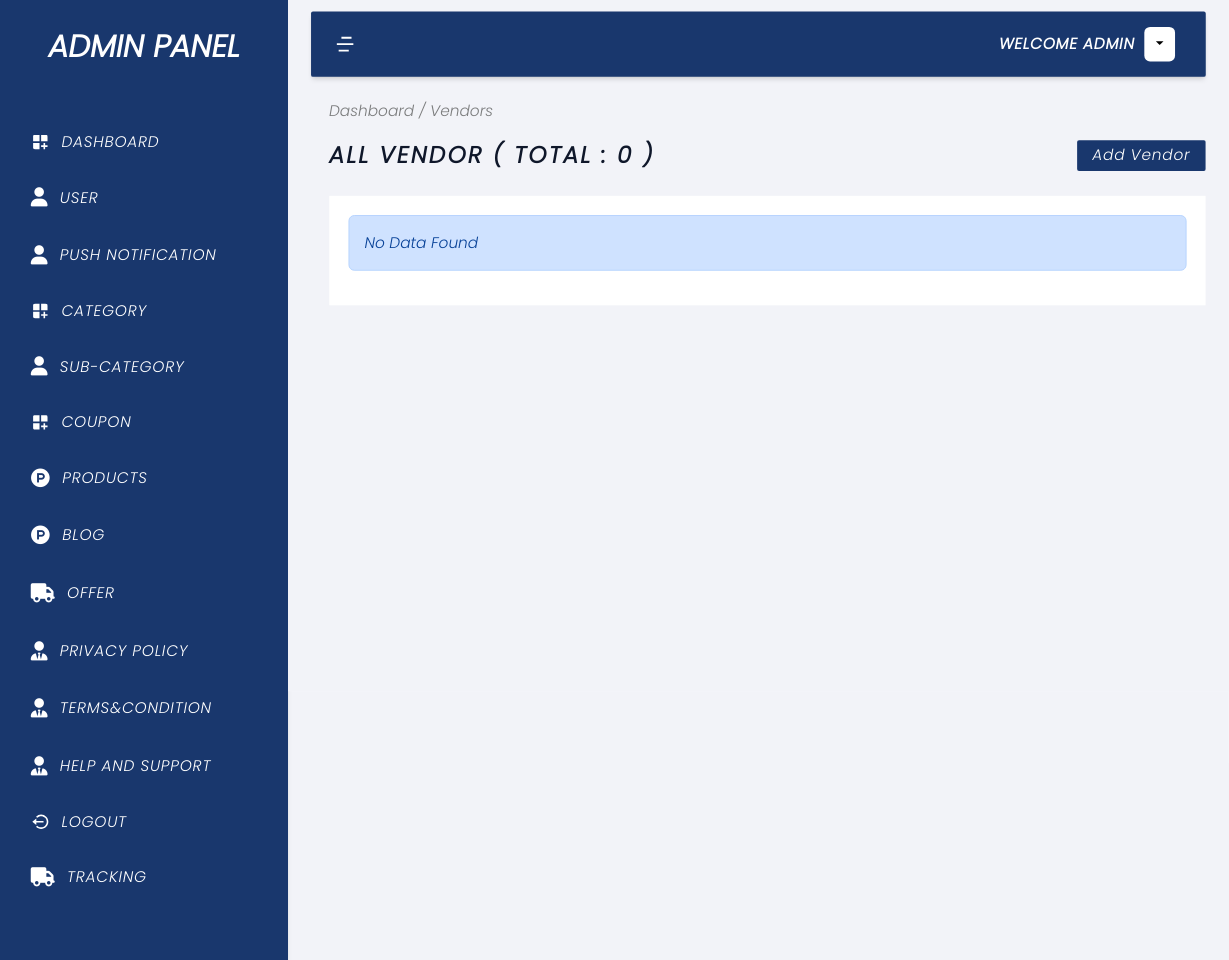
Repository: arpanmalik/project-khanna
Page: /VendorList
An editor plug-in stored every save of this project. The page is shown before and after a run of saves, followed by the edit.
The browser window is 1280 px wide. The pictures show the whole page, at 96% of full size.
The page's requests for data from a server got no answer. Some web libraries are served in a nearby version. The project was rebuilt for these pictures with package versions that can differ from the ones it lists, and the page was loaded fresh each time. No one was signed in, and anything a server would have sent is missing. Also part of the build but not shown: src/E-CommerceAdmin/forms/Login.jsx, src/E-CommerceAdmin/pages/Dashboard.jsx, src/E-CommerceAdmin/pages/ECategory.js, src/E-CommerceAdmin/pages/EProduct.js, src/E-CommerceAdmin/pages/EAdminOrders.js, src/E-CommerceAdmin/pages/EAdminProduct.js, src/E-CommerceAdmin/pages/EAdminDelivery.js, src/E-CommerceAdmin/pages/EAdminCustomer.js and 11 more. Imported but missing from the stored project, and not drawn on this page: src/E-CommerceVendor/forms/EVendorLogin, src/E-CommerceVendor/pages/EVCategory, src/E-CommerceVendor/pages/EVCoupon, src/E-CommerceVendor/pages/EVDashboard, src/E-CommerceVendor/pages/EVOrders, src/E-CommerceVendor/pages/EVProduct, src/E-CommerceVendor/pages/EVSubCategory.

Above is the page before, as saved 2023-05-16 17:16:16.

### public/index.html
<!-- @format -->

<!DOCTYPE html>
<html lang="en">
  <head>
    <meta charset="utf-8" />
    <meta name="viewport" content="width=device-width, initial-scale=1" />
    <meta name="theme-color" content="#000000" />
    <meta
      name="description"
      content="Web site created using create-react-app"
    />
    <link rel="manifest" href="%PUBLIC_URL%/manifest.json" />
    <link rel="preconnect" href="https://fonts.googleapis.com">
<link rel="preconnect" href="https://fonts.gstatic.com" crossorigin>
<link href="https://fonts.googleapis.com/css2?family=Roboto+Mono:ital,wght@1,300&display=swap" rel="stylesheet">
    <title>Admin Panel</title>
  </head>
  <body>
    <noscript>You need to enable JavaScript to run this app.</noscript>
    <div id="root"></div>
    <script src="https://code.jquery.com/jquery-3.6.0.min.js"></script>
    <script src="https://kit.fontawesome.com/b533b351e4.js" crossorigin="anonymous"></script>
  </body>
</html>

### src/index.js
import React from "react";
import ReactDOM from "react-dom/client";
import "./index.css";
import App from "./App";
import { BrowserRouter } from "react-router-dom";
import 'bootstrap/dist/css/bootstrap.min.css'

const root = ReactDOM.createRoot(document.getElementById("root"));
root.render(
  <React.StrictMode>
    <BrowserRouter>
      <App />
    </BrowserRouter>
  </React.StrictMode>
);

### src/index.css
/** @format */

@tailwind base;
@tailwind components;
@tailwind utilities;

@import url("https://fonts.googleapis.com/css2?family=Roboto+Mono:ital,wght@1,300&display=swap");
@font-face {
  font-family: Roboto;
  src: url("./Fonts/Poppins-LightItalic.ttf");
}

body {
  margin: 0;
  font-family: Roboto !important;
  -webkit-font-smoothing: antialiased;
  -moz-osx-font-smoothing: grayscale;
}

code {
  font-family: Roboto !important;
}

html {
  font-family: Roboto !important;
}

::-webkit-scrollbar {
  width: 10px;
}
.fa-trash {
  color: red;
  cursor: pointer;
}

.iCOn {
  transition: 0.5s;
  box-shadow: none;
  transform: scale(1);
}
.cardDiv {
  cursor: pointer;
}

.cardDiv:hover .iCOn {
  box-shadow: rgba(0, 0, 0, 0.35) 0px 5px 15px;
  transform: scale(1.3);
}

/* Track */
::-webkit-scrollbar-track {
  background: #f1f1f1;
}

/* Handle */
::-webkit-scrollbar-thumb {
  background: #888;
}

/* Handle on hover */
::-webkit-scrollbar-thumb:hover {
  background: #555;
}
.profileImage {
  width: 100px;
}
.fa-eye {
  color: #029aff;
  cursor: pointer;
}
.fa-edit {
  cursor: pointer;
  color: blue;
}

.View {
  border: 1px solid black;
  width: 100%;
  padding: 10px;
}

.main-card--container {
  display: grid;
  grid-template-columns: repeat(3, minmax(300px, 500px));
  grid-gap: 50px;
  justify-content: space-around;
}
.card-container {
  margin: 25px 0 auto;
  box-shadow: rgba(0, 0, 0, 0.35) 0px 5px 15px;
  position: relative;
  display: grid;
  grid-template-columns: 1fr;
  justify-content: space-around;
  align-items: flex-start;
}

.myEdit:focus {
  box-shadow: rgba(0, 0, 0, 0.35) 0px 5px 15px;
}

.AstroLogin {
  color: #fff;
  background-color: #2b7a8e;
  padding: 10px;
  width: 380px;
  text-align: center;
  font-size: 20px;
  background: linear-gradient(to left, #2b7a8e 50%, #fff 50%) right;
  background-size: 200%;
  transition: 0.5s ease-out;
  border: 1px solid #2b7a8e;
  margin-top: 10px;
  text-transform: uppercase;
}
.AstroLogin:hover {
  background-position: left;
  color: #2b7a8e;
}

.EcommerceAdminLogin {
  color: #fff;
  background-color: #19376d;
  padding: 10px;
  width: 380px;
  text-align: center;
  font-size: 20px;
  background: linear-gradient(to left, #19376d 50%, #fff 50%) right;
  background-size: 200%;
  transition: 0.5s ease-out;
  border: 1px solid #19376d;
  margin-top: 10px;
  text-transform: uppercase;
}

.EcommerceAdminLogin:hover {
  background-position: left;
  color: #19376d;
}
.EcommerceVendorLogin {
  color: #fff;
  background-color: #576cbc;
  padding: 10px;
  width: 380px;
  text-align: center;
  font-size: 20px;
  background: linear-gradient(to left, #576cbc 50%, #fff 50%) right;
  background-size: 200%;
  transition: 0.5s ease-out;
  border: 1px solid #576cbc;
  margin-top: 10px;
  text-transform: uppercase;
}

.EcommerceVendorLogin:hover {
  background-position: left;
  color: #576cbc;
}

.view {
  background-color: #2196f3;
  color: #fff;
  width: 50%;
  padding: 5px;
}

.two-sec {
  display: flex;
  justify-content: space-evenly;
  justify-content: space-evenly;
}
.two-sec .left {
  width: 60%;
  background-color: #f6f1ef;
  padding: 20px;
}
.two-sec .left .head {
  font-size: 25px;
  font-weight: bold;
}

.two-sec .right {
  width: 30%;
  background-color: #f6f1ef;
}

.searchDiv {
  width: 100%;
  display: flex;
  gap: 10px;
  border: 1px solid rgb(179, 179, 179);
  padding: 10px;
  margin-bottom: 20px;
  align-items: center;
}
.searchDiv input {
  width: 94%;
  outline: none;
  border: none;
}

.flexCont {
  display: flex;
  align-items: center;
  gap: 10px;
}
.flexCont img {
  width: 60px;
  background-color: #e9ecef;
}

.blockContent {
  display: block;
}
.blockContent p {
  margin: 0;
}

.checkBox {
  width: 50px;
  height: 25px;
  background-color: #e9ecef;
  border-radius: 50px;
  position: relative;
  cursor: pointer;
}
.checkBox span {
  width: 20px;
  height: 20px;
  border-radius: 100%;
  background-color: #fff;
  position: absolute;
  left: 5px;
  top: 2px;
}
.ActivecheckBox {
  width: 50px;
  height: 25px;
  background-color: #0d6efd;
  border-radius: 50px;
  position: relative;
  cursor: pointer;
}
.ActivecheckBox span {
  width: 20px;
  height: 20px;
  border-radius: 100%;
  background-color: #fff;
  position: absolute;
  right: 5px;
  top: 2px;
}

.fa-eye {
  color: #0cba73;
  background-color: #d6f8e8;
  width: 40px;
  text-align: center;
  height: 40px;
  display: flex;
  border-radius: 100%;
  justify-content: center;
  padding-top: 10px;
  transition: 0.5s;
}

.fa-pen-to-square {
  color: #f4c39c;
  background-color: #ffebdb;
  width: 40px;
  text-align: center;
  height: 40px;
  display: flex;
  border-radius: 100%;
  justify-content: center;
  padding-top: 10px;
  cursor: pointer;
  transition: 0.5s;
}
.fa-trash {
  color: #df939f;
  background-color: #ffe1e8;
  width: 40px;
  text-align: center;
  height: 40px;
  display: flex;
  border-radius: 100%;
  justify-content: center;
  padding-top: 10px;
  cursor: pointer;
  transition: 0.5s;
}
.fa-trash:hover {
  transform: scale(1.2);
}
.fa-eye:hover {
  transform: scale(1.2);
}
.fa-pen-to-square:hover {
  transform: scale(1.2);
}
.required {
  color: #e74260;
}

.headP {
  margin-left: 2%;
  color: #7b7c7d;
}
.filterBox {
  display: flex;
  align-items: center;
  gap: 10px;
  border-bottom: 1px solid #d4d7dc;
  padding-bottom: 20px;
  margin-bottom: 20px;
}
.filterBox img {
  width: 30px;
}
.filterBox input {
  width: 100%;
  border: 1px solid #d4d7dc;
  outline: none;
  padding: 5px;
  color: black;
}
.sectionCont {
  width: 98%;
  background-color: #fff;
  margin-left: 2%;
  padding: 20px;
}

.overFlowCont {
  width: 100%;
  overflow-x: auto;
}

.logo {
  width: 300px;
  margin-bottom: 20px;
}

.updateProfile {
  margin-left: 20px;
  border: 1px solid #fff;
  border-radius: 100%;
  font-size: 1.2rem;
  padding: 10px;
  transition: 0.5s;
  cursor: pointer;
}
.updateProfile:hover {
  border: 1px solid #19376d;
  color: #19376d;
  background-color: #fff;
}

.Normalbtn {
  background-color: #19376d !important;
  border: 1px solid #19376d !important;
  border-radius: 0px !important;
}

.ImageCarousel {
  width: 150px !important;
  margin: 0px !important;
  height: 150px !important;
}
.CarouselImages {
  width: 150px !important;
  height: 150px !important;
}
.CarouselImages img {
  width: 100% !important;
  height: 100% !important;
}

.ModalCarousel {
  width: 100% !important;
  height: 500px !important;
}
.ModalCarousel {
  width: 100% !important;
  height: 500px !important;
}
.ModalCarousel img {
  width: 100% !important;
  height: 500px !important;
}

.gridCont {
  display: grid;
  grid-template-columns: auto auto auto;
  justify-content: space-evenly;
}
.gridCont div {
  width: 400px;
  /* height: 300px; */
  box-shadow: rgba(0, 0, 0, 0.35) 0px 5px 15px;
  padding: 10px;
  position: relative;
  margin-top: 20px;
}
.gridCont div img {
  width: 100%;
}
.delete-Btn {
  width: 100%;
  color: #c44b3f;
  border: 1px solid #c44b3f;
  transition: 0.5s;
  padding: 10px;
}

.delete-Btn:hover {
  background-color: #c44b3f;
  color: #fff;
}

.BannerCarousel {
  width: 300px;
  margin: 0px !important;
}
.BannerCarouselImage {
  width: 300px;
}
.BannerCarouselImage img {
  width: 100%;
}

.pagination {
  display: flex;
  justify-content: center;
  align-items: center;
  gap: 10px;
  margin-bottom: 20px;
}
.pagination button {
  border: 1px solid black;
  padding: 10px;
}

.activePage {
  background-color: #19376d;
  color: #fff;
  border: 1px solid #19376d !important;
}

.active {
  background-color: #fff;
  color: #19376d !important;
}
.prevBtn {
  background-color: #fff;
  color: #19376d;
  border: 1px solid #19376d !important;
  transition: 0.5s;
}

.prevBtn:hover,
.prevBtn:focus,
.prevBtn:active {
  background-color: #19376d;
  color: #fff;
  border: 1px solid #19376d !important;
}
.nextBtn {
  background-color: #fff;
  color: #19376d;
  border: 1px solid #19376d !important;
  transition: 0.5s;
}

.nextBtn:hover,
.nextBtn:focus,
.nextBtn:active {
  background-color: #19376d;
  color: #fff;
  border: 1px solid #19376d !important;
}

.dangerBox {
  position: relative;
}
.dangerBox i {
  position: absolute;
  top: 50%;
  left: 90%;
  transform: translate(-50%, -50%);
  cursor: pointer;
}



#dropdown-basic{
  background-color: white;
  color: #000;
  border: none;
}

### src/E-CommerceAdmin/layout/HOC.jsx
/** @format */

import React, { useState } from "react";
import Navbar from "./Navbar";
import Sidebar from "./Sidebar";

const HOC = (Wcomponenet) => {
  return function Component() {
    const [hamb, setHamb] = useState(false);
    return (
      <>
        <section
          className="flex overflow-x-hidden relative "
          style={{ backgroundColor: "#f2f3f8" }}
        >
          {/* Sidebar */}
          <div
            className={
              hamb
                ? " absolute top-0 z-30 md:w-auto shadow-md bg-slate-200  w-60 transition-all md:-left-full left duration-150  h-auto overflow-y-auto  left-0 "
                : " md:w-72 z-30 bg-slate-200  shadow-md  md:static absolute top-0 -left-full   transition-all duration-150  overflow-y-auto h-auto"
            }
            style={{ minWidth: "300px" }}
          >
            <Sidebar hamb={hamb} setHamb={setHamb} />
          </div>
          {/* Components & Navbar */}
          <div
            className={
              hamb
                ? " transition-all px-4 py-2  duration-150 w-full h-screen"
                : " w-full h-screen  px-4 py-2   z-50 transition-all duration-150 "
            }
            style={{ backgroundColor: "#f2f3f8" }}
          >
            <Navbar hamb={hamb} setHamb={setHamb} />
            <div className="my-6 text-#000 h-[87%] wcomp overflow-y-auto">
              {" "}
              <Wcomponenet />
            </div>
          </div>
        </section>
      </>
    );
  };
};

export default HOC;

### src/E-CommerceAdmin/layout/Navbar.jsx
/** @format */
import { RiMenu4Line } from "react-icons/ri";
import Dropdown from "react-bootstrap/Dropdown";
import { UpdateProfile } from "../../Modals";
import { useState } from "react";
import { useNavigate } from "react-router-dom";
import { toast } from "react-toastify";

const Navbar = ({ hamb, setHamb }) => {
  const [modalShow, setModalShow] = useState(false);
  const navigate = useNavigate();

  function LogOut () {
    navigate('/')
    toast.success("Logged Out")
  }

  return (
    <>
      <UpdateProfile show={modalShow} onHide={() => setModalShow(false)} />
      <div
        className={
          hamb
            ? "flex  w-full justify-between  my-1 rounded-sm  p-4 py-3 shadow-md items-center  bg-slate-200 space-x-4"
            : "flex  w-full justify-between my-1 rounded-sm  p-4 py-3 shadow-md items-center  bg-slate-200 space-x-4"
        }
        style={{ backgroundColor: "#19376d" }}
      >
        <RiMenu4Line
          onClick={() => setHamb(!hamb)}
          className="text-2xl font-bold text-gray-900 hover:scale-90 cursor-pointer"
          style={{ color: "#fff" }}
        />

        <section className="flex sm:ml-auto justify-end sm:w-full items-center space-x-2  pr-2">
          <figcaption
            className="tracking-wider pl-1 font-semibold d-flex"
            style={{ gap: "10px", alignItems: "center" }}
          >
            <div
              className="lg:text-base text-sm text-gray-900  uppercase"
              style={{ color: "#fff" }}
            >
              Welcome Admin
            </div>
            <Dropdown>
              <Dropdown.Toggle id="dropdown-basic"></Dropdown.Toggle>

              <Dropdown.Menu>
                <Dropdown.Item onClick={() => setModalShow(true)}>
                  Update Profile <i className="fa-solid fa-user"></i>{" "}
                </Dropdown.Item>
                <Dropdown.Item onClick={() => LogOut()} >
                  Logout <i className="fa-solid fa-right-from-bracket"></i>{" "}
                </Dropdown.Item>
              </Dropdown.Menu>
            </Dropdown>
          </figcaption>
        </section>
      </div>
    </>
  );
};

export default Navbar;

### src/E-CommerceAdmin/layout/Sidebar.jsx
/** @format */

import React from "react";
import { RiCloseLine } from "react-icons/ri";
import { Link, useNavigate } from "react-router-dom";
import { BiLogOutCircle } from "react-icons/bi";
import { MdDashboardCustomize } from "react-icons/md";

const Sidebar = ({ hamb, setHamb }) => {
  const navigate = useNavigate();

  const nav = [
    {
      icon: <MdDashboardCustomize className="text-xl mr-3 rounded-full " />,
      link: "/dashboard ",
      name: "Dashboard",
    },
    {
      icon: <i className="fa-solid fa-user text-xl mr-3 rounded-full"></i>,
      link: "/Admin",
      name: "User",
    },
    {
      icon: <i className="fa-solid fa-user text-xl mr-3 rounded-full"></i>,
      link: "/pushNotification",
      name: "Push Notification",
    },  {
      icon: <MdDashboardCustomize className="text-xl mr-3 rounded-full " />,
      link: "/Category",
      name: "Category",
    },

    {
      icon: <i className="fa-solid fa-user text-xl mr-3 rounded-full"></i>,
      link: "/sub-category",
      name: "Sub-Category",
    },

    {
      icon: <MdDashboardCustomize className="text-xl mr-3 rounded-full " />,
      link: "/coupon",
      name: "Coupon",
    },
    {
      icon: (
        <i className="fa-brands fa-product-hunt text-xl mr-3 rounded-full"></i>
      ),
      link: "/Product",
      name: "Products",
    },
    {
      icon: (
        <i className="fa-brands fa-product-hunt text-xl mr-3 rounded-full"></i>
      ),
      link: "/banner",
      name: "Blog",
    },






    // {
    //   icon: <MdDashboardCustomize className="text-xl mr-3 rounded-full " />,
    //   link: "/getMeThis",
    //   name: "Get Me This",
    // },
    {
      icon: <i className="fa-solid fa-truck  text-xl mr-3 rounded-full"></i>,
      link: "/Support",
      name: "Offer",
    },

    // {
    //   icon: (
    //     <i className="fa-solid fa-cart-shopping text-xl mr-3 rounded-full"></i>
    //   ),
    //   link: "/Orders",
    //   name: "Orders Management",
    // },

    {
      icon: <i className="fa-solid fa-user-tie text-xl mr-3 rounded-full"></i>,
      link: "/privacy",
      name: "Privacy Policy",
    },
    {
      icon: <i className="fa-solid fa-user-tie text-xl mr-3 rounded-full"></i>,
      link: "/terms",
      name: "Terms&Condition",
    },
    // {
    //   icon: <i className="fa-solid fa-user-tie text-xl mr-3 rounded-full"></i>,
    //   link: "/helpSupport",
    //   name: "Help and Support",
    // },
    {
      icon: <i className="fa-solid fa-user-tie text-xl mr-3 rounded-full"></i>,
      link: "/complaints",
      name: "Help and Support",
    },
  ];

  const logOut = () => {
    localStorage.clear()
    navigate("/");
  };

  return (
    <>
      <aside
        className="p-4 h-auto"
        style={{ backgroundColor: "#19376d", minHeight: "100vh" }}
      >
        {/* Top */}
        <div className="w-full md:hidden relative  p-2 mb-4">
          <RiCloseLine
            onClick={() => setHamb(!hamb)}
            className="text-3xl  absolute top-2 sm:hover:rotate-[228deg] transition-transform font-bold right-2 sm:hover:text-[22px] text-[rgb(241,146,46)] cursor-pointer"
          />
        </div>{" "}
        <figure className="flex  flex-col items-center">
          <span
            className="font-bold text-[#fff]"
            style={{
              fontSize: "2rem",
              textAlign: "center",
              textTransform: "uppercase",
            }}
          >
            {" "}
            ADMIN PANEL
          </span>
        </figure>
        <nav className="py-6">
          {nav.map((nav) => {
            return (
              <Link
                to={nav.link}
                key={nav.name}
                className=""
                style={{ textDecoration: "none", textTransform: "uppercase" }}
              >
                <span
                  className="flex my-3 items-center cursor-pointer text-gray-900    tracking-wider p-2 rounded-sm"
                  style={{ color: "#FFF" }}
                >
                  {nav.icon} {nav.name}
                </span>
              </Link>
            );
          })}
          <span
            className="flex my-3 items-center cursor-pointer text-gray-900    tracking-wider p-2 rounded-sm"
            onClick={() => logOut()}
            style={{ color: "#FFF", textTransform: "uppercase" }}
          >
            <BiLogOutCircle className="text-xl mr-3 rounded-full " /> LogOut
          </span>
          <span
            className="flex my-3 items-center cursor-pointer text-gray-900    tracking-wider p-2 rounded-sm"
            style={{ color: "#FFF", textTransform: "uppercase" }}
          >
           <i className="fa-solid fa-truck  text-xl mr-3 rounded-full"></i> Tracking
          </span>
        </nav>
      </aside>
    </>
  );
};

export default Sidebar;

### src/Modals.js
/** @format */

import { Button, Form, Modal } from "react-bootstrap";

export function UpdateProfile(props) {
  return (
    <Modal
      {...props}
      size="lg"
      aria-labelledby="contained-modal-title-vcenter"
      centered
    >
      <Modal.Header closeButton>
        <Modal.Title id="contained-modal-title-vcenter">
          Update Profile Details
        </Modal.Title>
      </Modal.Header>
      <Modal.Body>
        <Form>
          <Form.Group className="mb-3">
            <Form.Label> User Name </Form.Label>
            <Form.Control type="text" />
          </Form.Group>
          <Form.Group className="mb-3">
            <Form.Label> Email Address </Form.Label>
            <Form.Control type="email" />
          </Form.Group>
          <Form.Group className="mb-3">
            <Form.Label> Password </Form.Label>
            <Form.Control type="password" />
          </Form.Group>
          <Form.Group className="mb-3">
            <Form.Label> Confirm Password </Form.Label>
            <Form.Control type="password" />
          </Form.Group>
          <Button variant="outline-success" >Submit</Button>
        </Form>
      </Modal.Body>
    </Modal>
  );
}

Loaded but not shown: tailwind.config.js (common file); src/E-CommerceAdmin/pages/EVendorList.js (316 lines, source omitted); src/App.js (91 lines, source omitted)

After the next 2 saves:
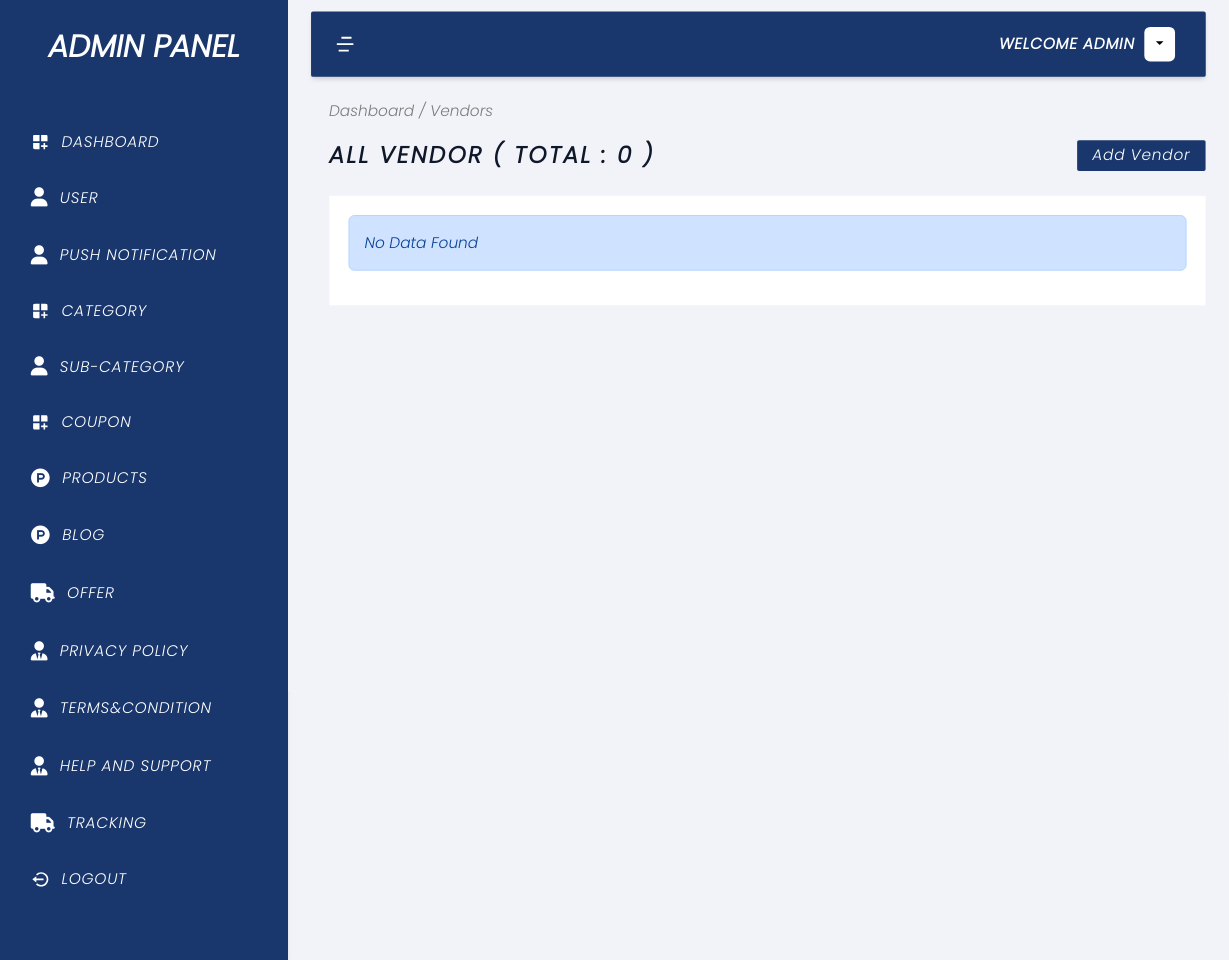
The 2 saves are shown as one change because they came seconds apart.
The last was saved 11 s later.
--- a/src/E-CommerceAdmin/layout/Sidebar.jsx
+++ b/src/E-CommerceAdmin/layout/Sidebar.jsx
@@ -153,17 +153,18 @@ const Sidebar = ({ hamb, setHamb }) => {
           })}
           <span
             className="flex my-3 items-center cursor-pointer text-gray-900    tracking-wider p-2 rounded-sm"
+            style={{ color: "#FFF", textTransform: "uppercase" }}
+          >
+           <i className="fa-solid fa-truck  text-xl mr-3 rounded-full"></i> Tracking
+          </span>
+          <span
+            className="flex my-3 items-center cursor-pointer text-gray-900    tracking-wider p-2 rounded-sm"
             onClick={() => logOut()}
             style={{ color: "#FFF", textTransform: "uppercase" }}
           >
             <BiLogOutCircle className="text-xl mr-3 rounded-full " /> LogOut
           </span>
-          <span
-            className="flex my-3 items-center cursor-pointer text-gray-900    tracking-wider p-2 rounded-sm"
-            style={{ color: "#FFF", textTransform: "uppercase" }}
-          >
-           <i className="fa-solid fa-truck  text-xl mr-3 rounded-full"></i> Tracking
-          </span>
+
         </nav>
       </aside>
     </>
